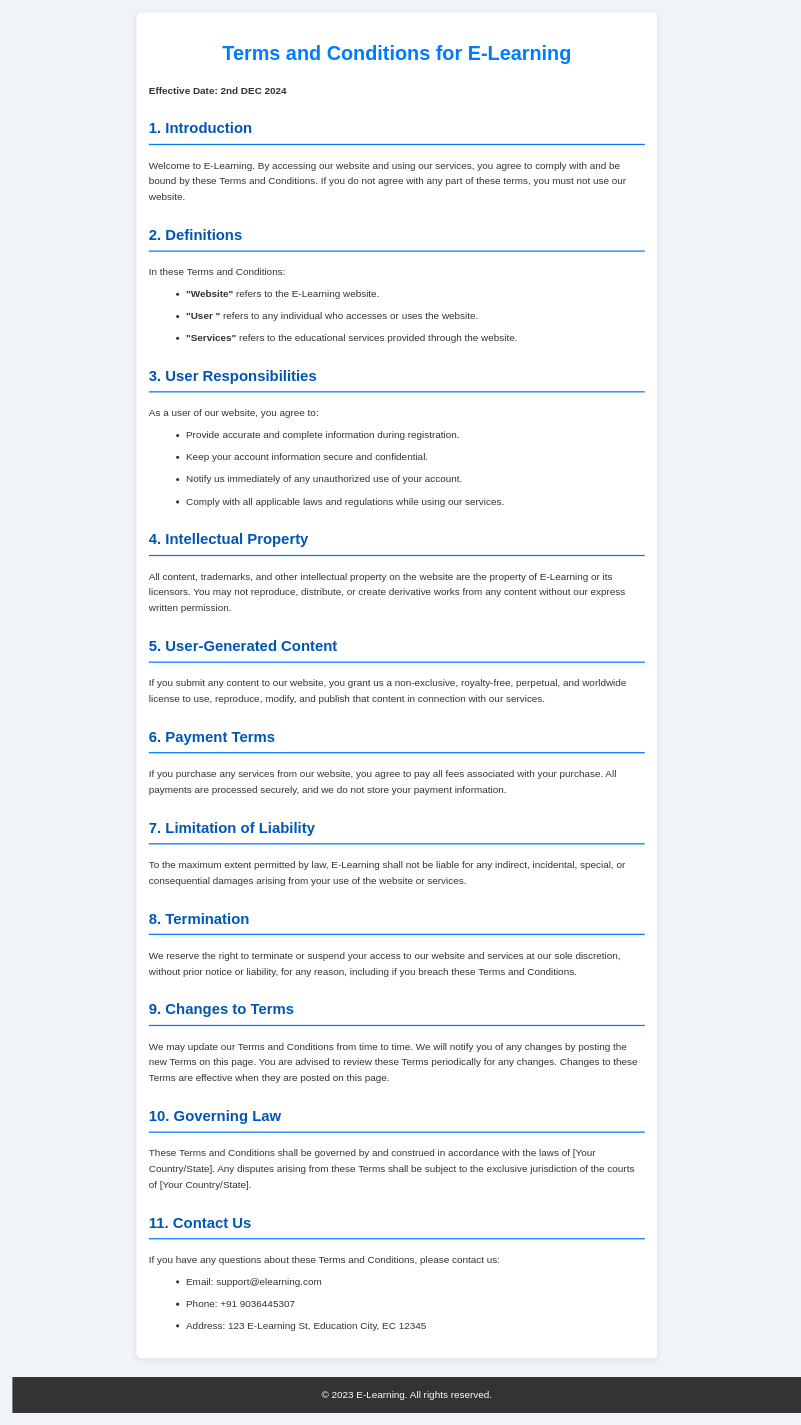
Repository: Syed1818/project
Page: terms.html
The author's editor kept a copy of each file at every save. The page is drawn from the files as they stood at one save, then again after the next save.
The browser window is 1280 px wide. The page is 1292 px wide, so the pictures cover 1292 px, including what lies to the right of the window. The pictures show the whole page, at 62% of full size.

Above is the page before, as saved 2024-12-07 18:09:37.

### terms.html
<!DOCTYPE html>
<html lang="en">
<head>
    <meta charset="UTF-8">
    <meta name="viewport" content="width=device-width, initial-scale=1.0">
    <title>Terms and Conditions | E-Learning</title>
    <style>
        body {
            font-family: 'Arial', sans-serif;
            background-color: #f0f4f8;
            color: #333;
            line-height: 1.6;
            margin: 0;
            padding: 20px;
        }

        h1 {
            color: #007bff;
            text-align: center;
            margin-bottom: 20px;
        }

        h2 {
            color: #0056b3;
            border-bottom: 2px solid #007bff;
            padding-bottom: 5px;
            margin-top: 30px;
        }

        h3 {
            color: #007bff;
            margin-top: 20px;
        }

        p {
            margin: 10px 0;
        }

        ul {
            margin: 10px 0 20px 20px;
        }

        li {
            margin-bottom: 10px;
        }

        .container {
            max-width: 800px;
            margin: 0 auto;
            background: white;
            padding: 20px;
            border-radius: 8px;
            box-shadow: 0 2px 10px rgba(0, 0, 0, 0.1);
        }

        footer {
            background-color: #333;
            color: white;
            text-align: center;
            padding: 1rem;
            margin-top: 30px;
            position: relative;
            bottom: 0;
            width: 100%;
        }

        @media (max-width: 600px) {
            body {
                padding: 10px;
            }

            .container {
                padding: 15px;
            }
        }
    </style>
</head>
<body>
    <div class="container">
        <h1>Terms and Conditions for E-Learning</h1>
        <p><strong>Effective Date: 2nd DEC 2024</strong></p>

        <h2>1. Introduction</h2>
        <p>Welcome to E-Learning. By accessing our website and using our services, you agree to comply with and be bound by these Terms and Conditions. If you do not agree with any part of these terms, you must not use our website.</p>

        <h2>2. Definitions</h2>
        <p>In these Terms and Conditions:</p>
        <ul>
            <li><strong>"Website"</strong> refers to the E-Learning website.</li>
            <li><strong>"User "</strong> refers to any individual who accesses or uses the website.</li>
            <li><strong>"Services"</strong> refers to the educational services provided through the website.</li>
        </ul>

        <h2>3. User Responsibilities</h2>
        <p>As a user of our website, you agree to:</p>
        <ul>
            <li>Provide accurate and complete information during registration.</li>
            <li>Keep your account information secure and confidential.</li>
            <li>Notify us immediately of any unauthorized use of your account.</li>
            <li>Comply with all applicable laws and regulations while using our services.</li>
        </ul>

        <h2>4. Intellectual Property</h2>
        <p>All content, trademarks, and other intellectual property on the website are the property of E-Learning or its licensors. You may not reproduce, distribute, or create derivative works from any content without our express written permission.</p>

        <h2>5. User-Generated Content</h2>
        <p>If you submit any content to our website, you grant us a non-exclusive, royalty-free, perpetual, and worldwide license to use, reproduce, modify, and publish that content in connection with our services.</p>

        <h2>6. Payment Terms</h2>
        <p>If you purchase any services from our website, you agree to pay all fees associated with your purchase. All payments are processed securely, and we do not store your payment information.</p>

        <h2>7. Limitation of Liability</h2>
        <p>To the maximum extent permitted by law, E-Learning shall not be liable for any indirect, incidental, special, or consequential damages arising from your use of the website or services.</p>

        <h2 >8. Termination</h2>
        <p>We reserve the right to terminate or suspend your access to our website and services at our sole discretion, without prior notice or liability, for any reason, including if you breach these Terms and Conditions.</p>

        <h2>9. Changes to Terms</h2>
        <p>We may update our Terms and Conditions from time to time. We will notify you of any changes by posting the new Terms on this page. You are advised to review these Terms periodically for any changes. Changes to these Terms are effective when they are posted on this page.</p>

        <h2>10. Governing Law</h2>
        <p>These Terms and Conditions shall be governed by and construed in accordance with the laws of [Your Country/State]. Any disputes arising from these Terms shall be subject to the exclusive jurisdiction of the courts of [Your Country/State].</p>

        <h2>11. Contact Us</h2>
        <p>If you have any questions about these Terms and Conditions, please contact us:</p>
        <ul>
            <li>Email: support@elearning.com</li>
            <li>Phone: +91 9036445307</li>
            <li>Address: 123 E-Learning St, Education City, EC 12345</li>
        </ul>
    </div>

    <footer>
        &copy; 2023 E-Learning. All rights reserved.
    </footer>
</body>
</html>

After the next save:
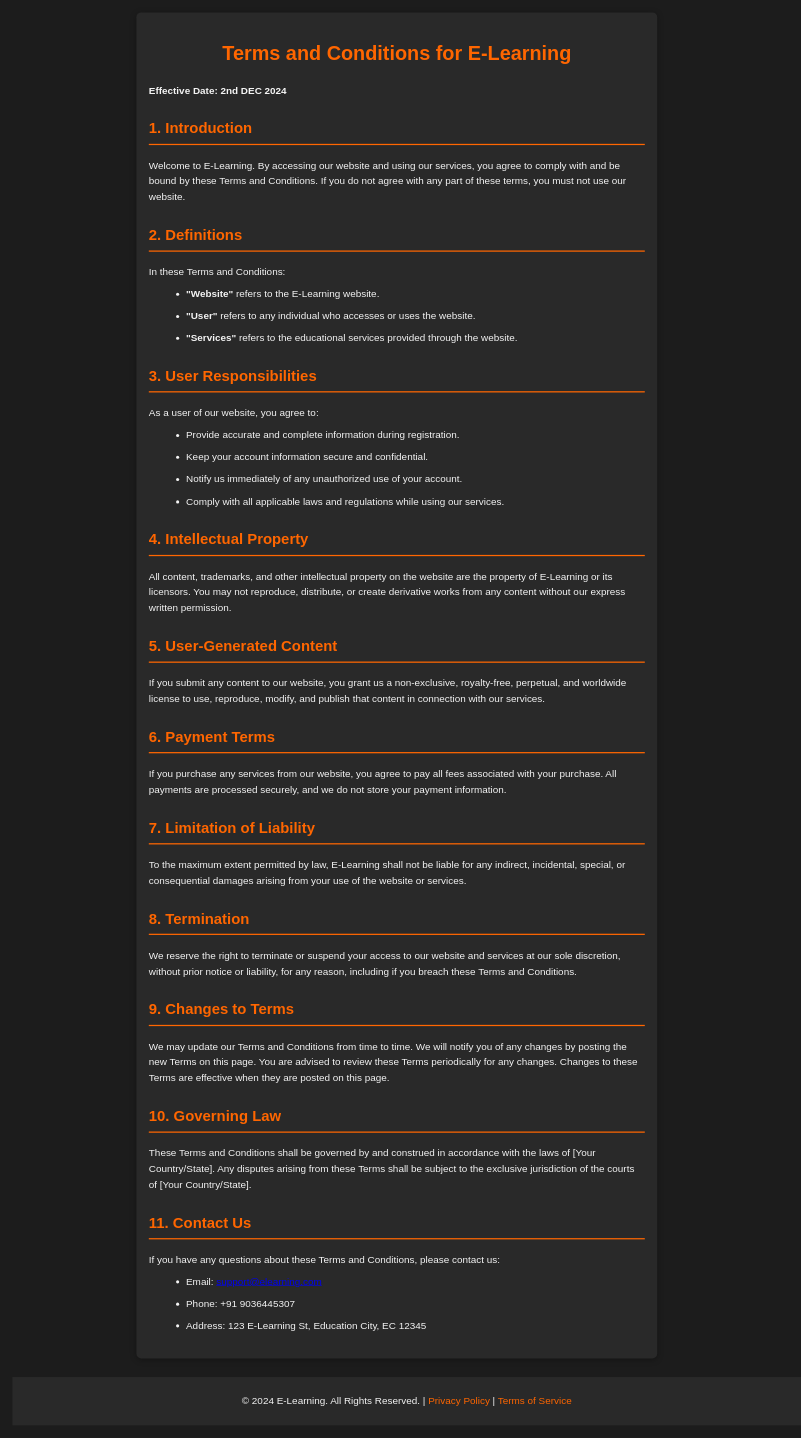
Saved 109 s later.
--- a/terms.html
+++ b/terms.html
@@ -7,28 +7,28 @@
     <style>
         body {
             font-family: 'Arial', sans-serif;
-            background-color: #f0f4f8;
-            color: #333;
+            background-color: #1c1c1c;
+            color: #f4f4f4;
             line-height: 1.6;
             margin: 0;
             padding: 20px;
         }
 
         h1 {
-            color: #007bff;
+            color: #ff6600;
             text-align: center;
             margin-bottom: 20px;
         }
 
         h2 {
-            color: #0056b3;
-            border-bottom: 2px solid #007bff;
+            color: #ff6600;
+            border-bottom: 2px solid #ff6600;
             padding-bottom: 5px;
             margin-top: 30px;
         }
 
         h3 {
-            color: #007bff;
+            color: #ff6600;
             margin-top: 20px;
         }
 
@@ -47,21 +47,30 @@
         .container {
             max-width: 800px;
             margin: 0 auto;
-            background: white;
+            background: #292929;
             padding: 20px;
             border-radius: 8px;
-            box-shadow: 0 2px 10px rgba(0, 0, 0, 0.1);
+            box-shadow: 0 2px 10px rgba(0, 0, 0, 0.3);
         }
 
         footer {
-            background-color: #333;
-            color: white;
+            background-color: #292929;
+            color: #f4f4f4;
             text-align: center;
             padding: 1rem;
             margin-top: 30px;
             position: relative;
             bottom: 0;
             width: 100%;
+        }
+
+        footer a {
+            color: #ff6600;
+            text-decoration: none;
+        }
+
+        footer a:hover {
+            text-decoration: underline;
         }
 
         @media (max-width: 600px) {
@@ -87,7 +96,7 @@
         <p>In these Terms and Conditions:</p>
         <ul>
             <li><strong>"Website"</strong> refers to the E-Learning website.</li>
-            <li><strong>"User "</strong> refers to any individual who accesses or uses the website.</li>
+            <li><strong>"User"</strong> refers to any individual who accesses or uses the website.</li>
             <li><strong>"Services"</strong> refers to the educational services provided through the website.</li>
         </ul>
 
@@ -112,7 +121,7 @@
         <h2>7. Limitation of Liability</h2>
         <p>To the maximum extent permitted by law, E-Learning shall not be liable for any indirect, incidental, special, or consequential damages arising from your use of the website or services.</p>
 
-        <h2 >8. Termination</h2>
+        <h2>8. Termination</h2>
         <p>We reserve the right to terminate or suspend your access to our website and services at our sole discretion, without prior notice or liability, for any reason, including if you breach these Terms and Conditions.</p>
 
         <h2>9. Changes to Terms</h2>
@@ -124,14 +133,14 @@
         <h2>11. Contact Us</h2>
         <p>If you have any questions about these Terms and Conditions, please contact us:</p>
         <ul>
-            <li>Email: support@elearning.com</li>
+            <li>Email: <a href="mailto:support@elearning.com">support@elearning.com</a></li>
             <li>Phone: +91 9036445307</li>
             <li>Address: 123 E-Learning St, Education City, EC 12345</li>
         </ul>
     </div>
 
     <footer>
-        &copy; 2023 E-Learning. All rights reserved.
+        <p>&copy; 2024 E-Learning. All Rights Reserved. | <a href="privacy-policy.html">Privacy Policy</a> | <a href="terms.html">Terms of Service</a></p>
     </footer>
 </body>
 </html>
